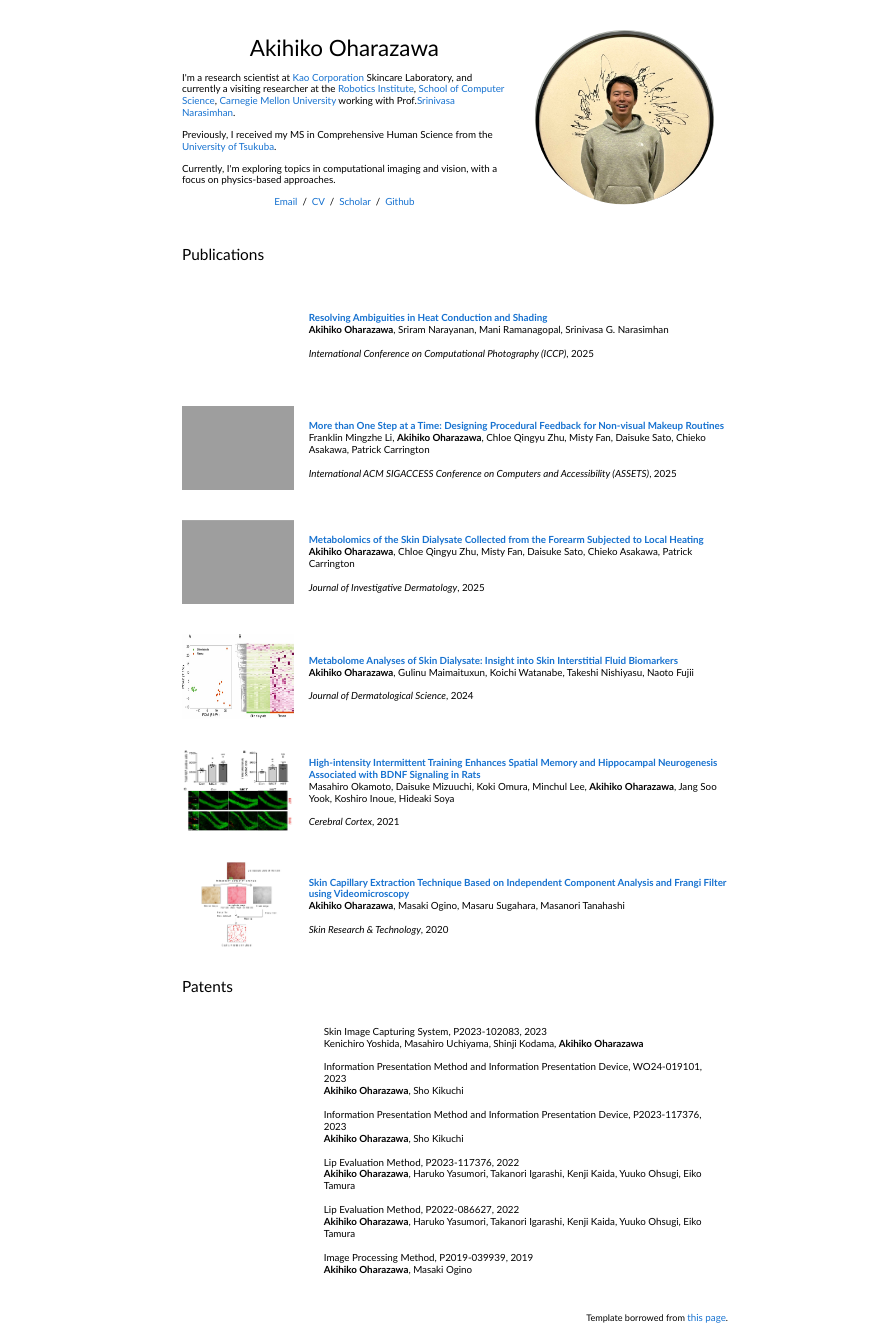
Repository: akihikooharazawa/akihikooharazawa.github.io
Page: index.html
An editor plug-in stored every save of this project. The page is shown before and after the next save, followed by the edit.
The browser window is 1280 px wide. The pictures show the whole page, at 70% of full size.
Pictures or frames that could not be fetched are drawn as grey boxes.

Above is the page before, as saved 2025-07-25 11:39:48.

### index.html
<!DOCTYPE HTML>
<html lang="en">
  <head>
  <!-- Google tag (gtag.js) -->
  <script async src="https://www.googletagmanager.com/gtag/js?id=G-S3VWLBF1BC"></script>
  <script>
    window.dataLayer = window.dataLayer || [];
    function gtag(){dataLayer.push(arguments);}
    gtag('js', new Date());

    gtag('config', 'G-S3VWLBF1BC');
  </script>
    <meta http-equiv="Content-Type" content="text/html; charset=UTF-8">

    <title>Akihiko Oharazawa</title>

    <meta name="author" content="Akihiko Oharazawa">
    <meta name="viewport" content="width=device-width, initial-scale=1">
    <link rel="shortcut icon" href="images/favicon/favicon.ico" type="image/x-icon">
    <link rel="stylesheet" type="text/css" href="stylesheet.css">

  </head>

  <body>
    <table style="width:100%;max-width:800px;border:0px;border-spacing:0px;border-collapse:separate;margin-right:auto;margin-left:auto;"><tbody>
      <tr style="padding:0px">
        <td style="padding:0px">
          <table style="width:100%;border:0px;border-spacing:0px;border-collapse:separate;margin-right:auto;margin-left:auto;"><tbody>
            <tr style="padding:0px">
              <td style="padding:2.5%;width:63%;vertical-align:middle">
                <p class="name" style="text-align: center;">
                  Akihiko Oharazawa
                </p>
                <p>I'm a research scientist at <a href="https://www.kao.com/global/en/">Kao Corporation</a> Skincare Laboratory,
                  and currently a visiting researcher at the <a href="https://www.ri.cmu.edu/">Robotics Institute</a>,
                  <a href="https://www.cs.cmu.edu/">School of Computer Science</a>,
                  <a href="https://www.cmu.edu/">Carnegie Mellon University</a> working with Prof.<a href="https://www.cs.cmu.edu/~srinivas/">Srinivasa Narasimhan</a>.
                </p>
                <p>
                  Previously, I received my MS in Comprehensive Human Science from the <a href="https://www.tsukuba.ac.jp/en/">University of Tsukuba</a>.
                </p>
                <p>
                  Currently, I'm exploring topics in computational imaging and vision, with a focus on physics-based approaches.
                </p>
                <p style="text-align:center">
                  <a href="mailto:a.oharazawa@gmail.com">Email</a> &nbsp;/&nbsp;
                  <a href="data/AkiOharazawa-CV.pdf">CV</a> &nbsp;/&nbsp;
                  <a href="https://scholar.google.com/citations?user=NGsKuDgAAAAJ&hl=en">Scholar</a> &nbsp;/&nbsp;
                  <a href="https://github.com/akihikooharazawa">Github</a>
                </p>
              </td>
              <td style="padding:2.5%;width:40%;max-width:40%">
                <a href="images/AkiOharazawa.jpg"><img style="width:100%;max-width:100%;object-fit: cover; border-radius: 50%;" alt="profile photo" src="images/AkiOharazawa.jpg" class="hoverZoomLink"></a>
              </td>
            </tr>
          </tbody></table>
          <table style="width:100%;border:0px;border-spacing:0px;border-collapse:separate;margin-right:auto;margin-left:auto;"><tbody>
              <tr>
              <td style="padding:20px;width:100%;vertical-align:middle">
                <h2>Publications</h2>
              </td>
            </tr>
          </tbody></table>
          <table style="width:100%;border:0px;border-spacing:0px;border-collapse:separate;margin-right:auto;margin-left:auto;"><tbody>

            <!-- ICCP 2025 -->
            <tr>
              <td style="padding:20px;width:25%;vertical-align:middle">
                <video id="theory" width="160" height="120" autoplay muted loop playsinline style="border-style: none">
                  <source src="videos/ICCP2025.mp4" type="video/mp4">
                </video>
              </td>
              <td width="75%" valign="middle">
                <a href="https://imaging.cs.cmu.edu/shape-from-laplacian-and-shading/">
                  <span class="papertitle">Resolving Ambiguities in Heat Conduction and Shading</span>
                </a>
                <br>
                <strong>Akihiko Oharazawa</strong>, Sriram Narayanan, Mani Ramanagopal, Srinivasa G. Narasimhan
                <br>
                <br>
                <em>International Conference on Computational Photography (ICCP)</em>, 2025
                <br>
              </td>
            </tr>
            <!-- End ICCP 2025 -->

            <!-- ASSCET 2025 -->
            <tr>
              <td style="padding:20px;width:25%;vertical-align:middle">
                <img src="images/ASSETS2025.png" alt="ASSETS2025.png" width="160" height="120" style="border-style: none">
              </td>
              <td width="75%" valign="middle">
                <a href="https://arxiv.org/abs/2507.03942">
                  <span class="papertitle">More than One Step at a Time: Designing Procedural Feedback for Non-visual Makeup Routines</span>
                </a>
                <br>
                Franklin Mingzhe Li, <strong>Akihiko Oharazawa</strong>, Chloe Qingyu Zhu, Misty Fan, Daisuke Sato, Chieko Asakawa, Patrick Carrington
                <br>
                <br>
                <em>International ACM SIGACCESS Conference on Computers and Accessibility (ASSETS)</em>, 2025
                <br>
              </td>
            </tr>
            <!-- End ASSCET 2025 -->

            <!-- JID 2025 -->
            <tr>
              <td style="padding:20px;width:25%;vertical-align:middle">
                <img src="images/ASSETS2025.png" alt="ASSETS2025.png" width="160" height="120" style="border-style: none">
              </td>
              <td width="75%" valign="middle">
                <a href="https://www.jidonline.org/article/S0022-202X(25)02268-7/fulltext">
                  <span class="papertitle">Metabolomics of the Skin Dialysate Collected from the Forearm Subjected to Local Heating</span>
                </a>
                <br>
                <strong>Akihiko Oharazawa</strong>, Chloe Qingyu Zhu, Misty Fan, Daisuke Sato, Chieko Asakawa, Patrick Carrington
                <br>
                <br>
                <em>Journal of Investigative Dermatology</em>, 2025
                <br>
              </td>
            </tr>
            <!-- End JID 2025 -->

            <!-- JDS 2025 -->
            <tr>
              <td style="padding:20px;width:25%;vertical-align:middle">
                <img src="images/isf_metabolomics.jpg" alt="isf_metabolomics" width="160" height="120" style="border-style: none">
              </td>
              <td width="75%" valign="middle">
                <a href="https://www.jdsjournal.com/article/S0923-1811(24)00066-5/fulltext">
                  <span class="papertitle">Metabolome Analyses of Skin Dialysate: Insight into Skin Interstitial Fluid Biomarkers</span>
                </a>
                <br>
                <strong>Akihiko Oharazawa</strong>, Gulinu Maimaituxun, Koichi Watanabe, Takeshi Nishiyasu, Naoto Fujii
                <br>
                <br>
                <em>Journal of Dermatological Science</em>, 2024
                <br>
              </td>
            </tr>
            <!-- End JDS 2025 -->

            <!-- Cerebral Cortex 2021 -->
            <tr>
              <td style="padding:20px;width:25%;vertical-align:middle">
                <img src="images/hit_brain.png" alt="hit_brain.png" width="160" height="120" style="border-style: none">
              </td>
              <td width="75%" valign="middle">
                <a href="https://academic.oup.com/cercor/article/31/9/4386/6274998">
                  <span class="papertitle">High-intensity Intermittent Training Enhances Spatial Memory and Hippocampal Neurogenesis Associated with BDNF Signaling in Rats</span>
                </a>
                <br>
                Masahiro Okamoto, Daisuke Mizuuchi, Koki Omura, Minchul Lee, <strong>Akihiko Oharazawa</strong>, Jang Soo Yook, Koshiro Inoue, Hideaki Soya
                <br>
                <br>
                <em>Cerebral Cortex</em>, 2021
                <br>
              </td>
            </tr>
            <!-- End Cerebral Cortex 2021 -->

            <!-- Skin Research & Technology 2020 -->
            <tr>
              <td style="padding:20px;width:25%;vertical-align:middle">
                <img src="images/capillary_extraction.jpg" alt="capillary_extraction.jpg" width="160" height="120" style="border-style: none">
              </td>
              <td width="75%" valign="middle">
                <a href="https://onlinelibrary.wiley.com/doi/10.1111/srt.12850">
                  <span class="papertitle">Skin Capillary Extraction Technique Based on Independent Component Analysis and Frangi Filter using Videomicroscopy</span>
                </a>
                <br>
                <strong>Akihiko Oharazawa</strong>, Masaki Ogino, Masaru Sugahara, Masanori Tanahashi
                <br>
                <br>
                <em>Skin Research & Technology</em>, 2020
                <br>
              </td>
            </tr>
            <!-- End Skin Research & Technology 2020 -->
          </tbody></table>


          <table width="100%" align="center" border="0" cellspacing="0" cellpadding="20"><tbody>
            <tr>
              <td>
                <h2>Patents</h2>
              </td>
            </tr>
          </tbody></table>
          <table width="100%" align="center" border="0" cellpadding="20"><tbody>

            <tr>
              <td style="padding:20px;width:25%;vertical-align:middle">
              <td width="75%" valign="middle">
                Skin Image Capturing System, P2023-102083, 2023
                <br>
                Kenichiro Yoshida, Masahiro Uchiyama, Shinji Kodama, <strong>Akihiko Oharazawa</strong><br>
                <br>
                Information Presentation Method and Information Presentation Device, WO24-019101, 2023
                <br>
                <strong>Akihiko Oharazawa</strong>, Sho Kikuchi<br>
                <br>
                Information Presentation Method and Information Presentation Device, P2023-117376, 2023
                <br>
                <strong>Akihiko Oharazawa</strong>, Sho Kikuchi<br>
                <br>
                Lip Evaluation Method, P2023-117376, 2022
                <br>
                <strong>Akihiko Oharazawa</strong>, Haruko Yasumori, Takanori Igarashi, Kenji Kaida, Yuuko Ohsugi, Eiko Tamura<br>
                <br>
                Lip Evaluation Method, P2022-086627, 2022
                <br>
                <strong>Akihiko Oharazawa</strong>, Haruko Yasumori, Takanori Igarashi, Kenji Kaida, Yuuko Ohsugi, Eiko Tamura<br>
                <br>
                Image Processing Method, P2019-039939, 2019
                <br>
                <strong>Akihiko Oharazawa</strong>, Masaki Ogino<br>
              </td>
            </tr>

          </tbody></table>
          <table style="width:100%;border:0px;border-spacing:0px;border-collapse:separate;margin-right:auto;margin-left:auto;"><tbody>
            <tr>
              <td style="padding:0px">
                <br>
                <p style="text-align:right;font-size:small;">
                  Template borrowed from <a href="https://github.com/jonbarron/website">this page</a>.
                </p>
              </td>
            </tr>
          </tbody></table>
        </td>
      </tr>
    </table>
  </body>
</html>

### stylesheet.css
/* latin-ext */
@font-face {
  font-family: 'Lato';
  font-style: italic;
  font-weight: 400;
  src: local('Lato Italic'), local('Lato-Italic'), url(https://fonts.gstatic.com/s/lato/v15/S6u8w4BMUTPHjxsAUi-qNiXg7eU0.woff2) format('woff2');
  unicode-range: U+0100-024F, U+0259, U+1E00-1EFF, U+2020, U+20A0-20AB, U+20AD-20CF, U+2113, U+2C60-2C7F, U+A720-A7FF;
}
/* latin */
@font-face {
  font-family: 'Lato';
  font-style: italic;
  font-weight: 400;
  src: local('Lato Italic'), local('Lato-Italic'), url(https://fonts.gstatic.com/s/lato/v15/S6u8w4BMUTPHjxsAXC-qNiXg7Q.woff2) format('woff2');
  unicode-range: U+0000-00FF, U+0131, U+0152-0153, U+02BB-02BC, U+02C6, U+02DA, U+02DC, U+2000-206F, U+2074, U+20AC, U+2122, U+2191, U+2193, U+2212, U+2215, U+FEFF, U+FFFD;
}
/* latin-ext */
@font-face {
  font-family: 'Lato';
  font-style: italic;
  font-weight: 700;
  src: local('Lato Bold Italic'), local('Lato-BoldItalic'), url(https://fonts.gstatic.com/s/lato/v15/S6u_w4BMUTPHjxsI5wq_FQftx9897sxZ.woff2) format('woff2');
  unicode-range: U+0100-024F, U+0259, U+1E00-1EFF, U+2020, U+20A0-20AB, U+20AD-20CF, U+2113, U+2C60-2C7F, U+A720-A7FF;
}
/* latin */
@font-face {
  font-family: 'Lato';
  font-style: italic;
  font-weight: 700;
  src: local('Lato Bold Italic'), local('Lato-BoldItalic'), url(https://fonts.gstatic.com/s/lato/v15/S6u_w4BMUTPHjxsI5wq_Gwftx9897g.woff2) format('woff2');
  unicode-range: U+0000-00FF, U+0131, U+0152-0153, U+02BB-02BC, U+02C6, U+02DA, U+02DC, U+2000-206F, U+2074, U+20AC, U+2122, U+2191, U+2193, U+2212, U+2215, U+FEFF, U+FFFD;
}
/* latin-ext */
@font-face {
  font-family: 'Lato';
  font-style: normal;
  font-weight: 400;
  src: local('Lato Regular'), local('Lato-Regular'), url(https://fonts.gstatic.com/s/lato/v15/S6uyw4BMUTPHjxAwXiWtFCfQ7A.woff2) format('woff2');
  unicode-range: U+0100-024F, U+0259, U+1E00-1EFF, U+2020, U+20A0-20AB, U+20AD-20CF, U+2113, U+2C60-2C7F, U+A720-A7FF;
}
/* latin */
@font-face {
  font-family: 'Lato';
  font-style: normal;
  font-weight: 400;
  src: local('Lato Regular'), local('Lato-Regular'), url(https://fonts.gstatic.com/s/lato/v15/S6uyw4BMUTPHjx4wXiWtFCc.woff2) format('woff2');
  unicode-range: U+0000-00FF, U+0131, U+0152-0153, U+02BB-02BC, U+02C6, U+02DA, U+02DC, U+2000-206F, U+2074, U+20AC, U+2122, U+2191, U+2193, U+2212, U+2215, U+FEFF, U+FFFD;
}
/* latin-ext */
@font-face {
  font-family: 'Lato';
  font-style: normal;
  font-weight: 700;
  src: local('Lato Bold'), local('Lato-Bold'), url(https://fonts.gstatic.com/s/lato/v15/S6u9w4BMUTPHh6UVSwaPGQ3q5d0N7w.woff2) format('woff2');
  unicode-range: U+0100-024F, U+0259, U+1E00-1EFF, U+2020, U+20A0-20AB, U+20AD-20CF, U+2113, U+2C60-2C7F, U+A720-A7FF;
}
/* latin */
@font-face {
  font-family: 'Lato';
  font-style: normal;
  font-weight: 700;
  src: local('Lato Bold'), local('Lato-Bold'), url(https://fonts.gstatic.com/s/lato/v15/S6u9w4BMUTPHh6UVSwiPGQ3q5d0.woff2) format('woff2');
  unicode-range: U+0000-00FF, U+0131, U+0152-0153, U+02BB-02BC, U+02C6, U+02DA, U+02DC, U+2000-206F, U+2074, U+20AC, U+2122, U+2191, U+2193, U+2212, U+2215, U+FEFF, U+FFFD;
}

a {
  color: #1772d0;
  text-decoration: none;
}

a:focus,
a:hover {
  color: #f09228;
  text-decoration: none;
}

body,
td,
th,
tr,
p,
a {
  font-family: 'Lato', Verdana, Helvetica, sans-serif;
  font-size: 14px;
}

strong {
  font-family: 'Lato', Verdana, Helvetica, sans-serif;
  font-size: 14px;
}

h2 {
  margin: 0;
  font-weight: normal;
  font-family: 'Lato', Verdana, Helvetica, sans-serif;
  font-size: 22px;
}

.papertitle {
  font-family: 'Lato', Verdana, Helvetica, sans-serif;
  font-size: 14px;
  font-weight: 700;
}

.name {
  padding-top: 20px;
  margin: 0;
  font-family: 'Lato', Verdana, Helvetica, sans-serif;
  font-size: 32px;
}

.one {
  width: 160px;
  height: 160px;
  position: relative;
}

.two {
  width: 160px;
  height: 160px;
  position: absolute;
  transition: opacity .2s ease-in-out;
  -moz-transition: opacity .2s ease-in-out;
  -webkit-transition: opacity .2s ease-in-out;
}

.fade {
  transition: opacity .2s ease-in-out;
  -moz-transition: opacity .2s ease-in-out;
  -webkit-transition: opacity .2s ease-in-out;
}

span.highlight {
  background-color: #ffffd0;
}

After the next save:
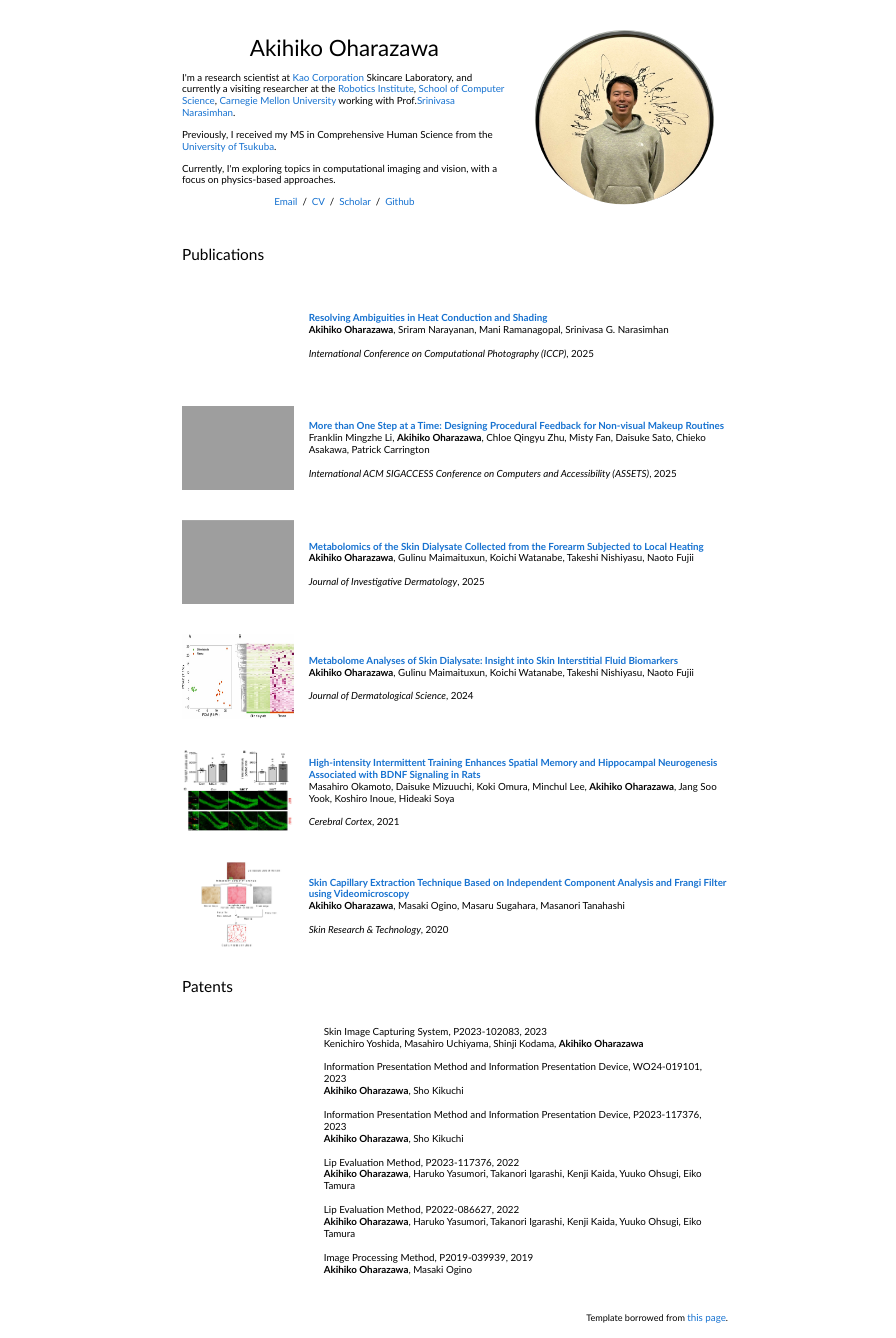
Saved 26 s later.
--- a/index.html
+++ b/index.html
@@ -113,7 +113,7 @@
                   <span class="papertitle">Metabolomics of the Skin Dialysate Collected from the Forearm Subjected to Local Heating</span>
                 </a>
                 <br>
-                <strong>Akihiko Oharazawa</strong>, Chloe Qingyu Zhu, Misty Fan, Daisuke Sato, Chieko Asakawa, Patrick Carrington
+                <strong>Akihiko Oharazawa</strong>, Gulinu Maimaituxun, Koichi Watanabe, Takeshi Nishiyasu, Naoto Fujii
                 <br>
                 <br>
                 <em>Journal of Investigative Dermatology</em>, 2025
